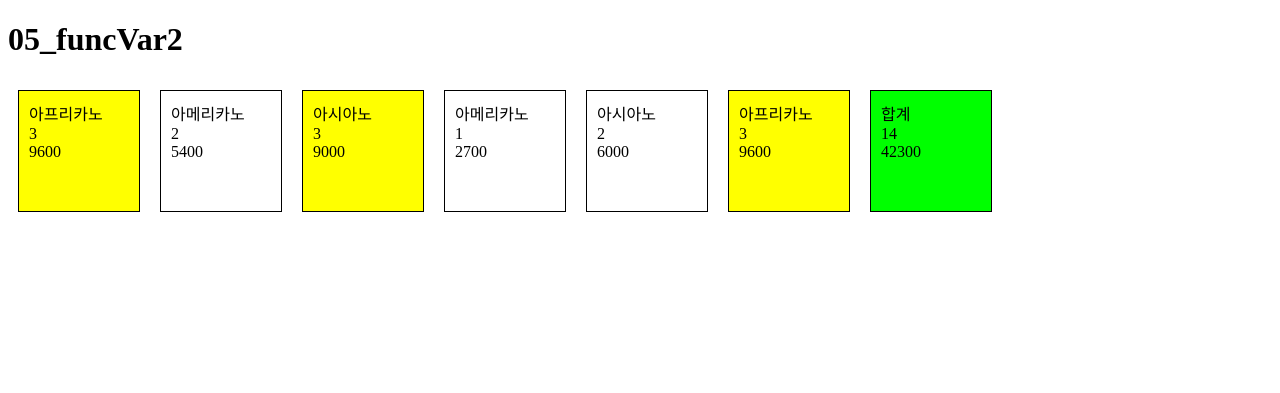
Repository: psun2/Korea-IT-Academy
Page: (back up) _ 오전/study_a/web_work/scriptProj/WebContent/array/05_funcVar2.html
The author's editor kept a copy of each file at every save. The page is drawn from the files as they stood at one save, then again after the next save.
The browser window is 1280 px wide. The pictures show the whole page.

Above is the page before, as saved 2020-08-03 05:26:51.

### (back up) _ 오전/study_a/web_work/scriptProj/WebContent/array/05_funcVar2.html
<!DOCTYPE html>
<html>
<head>
<meta charset="UTF-8">
<title>05_funcVar2</title>
<style>
.box{
	width:100px;
	height: 100px;
	border: 1px solid #000;
	padding: 10px;
	margin:10px;
	float: left;
}
.yy{
	background: #ff0;
}
.gg{
	background: #0f0;
}
</style>
</head>
<body>
<h1>05_funcVar2</h1>

<script>
var totHap = 0, cntHap = 0
function order(menu, cnt){
	var price = {
		"아메리카노":2700,
		"아시아노":3000,
		"아프리카노":3200
	}

	var tot = price[menu]*cnt
	var cc = ""
		if(tot >=7000)
			cc = " yy"
	boxPPP(menu, tot, cnt, cc)
	totHap += tot
	cntHap += cnt
}

function boxPPP(menu, tot, cnt, cc){

		var ttt = '<div class="box'+cc+'">'
			ttt += "<div>"+menu+"</div>"
			ttt += "<div>"+cnt+"</div>"
			ttt += "<div>"+tot+"</div>"
			ttt += "</div>"
		document.write(ttt)
}

order("아프리카노",3)
order("아메리카노",2)
order("아시아노",3)
order("아메리카노",1)
order("아시아노",2)
order("아프리카노",3)

boxPPP("합계", totHap, cntHap," gg")

</script>





</body>
</html>

After the next save:
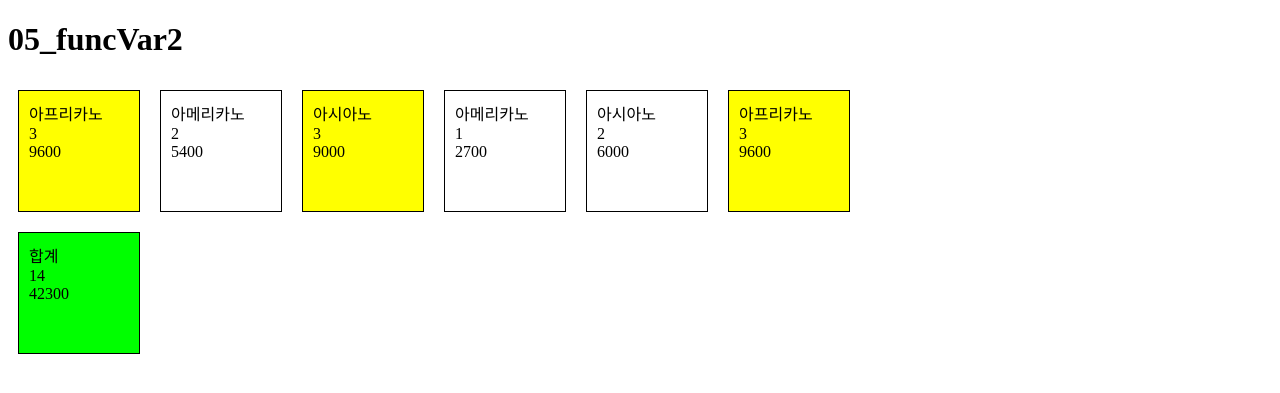
Saved 29 s later.
--- a/(back up) _ 오전/study_a/web_work/scriptProj/WebContent/array/05_funcVar2.html
+++ b/(back up) _ 오전/study_a/web_work/scriptProj/WebContent/array/05_funcVar2.html
@@ -17,6 +17,7 @@
 }
 .gg{
 	background: #0f0;
+	clear: both;
 }
 </style>
 </head>
